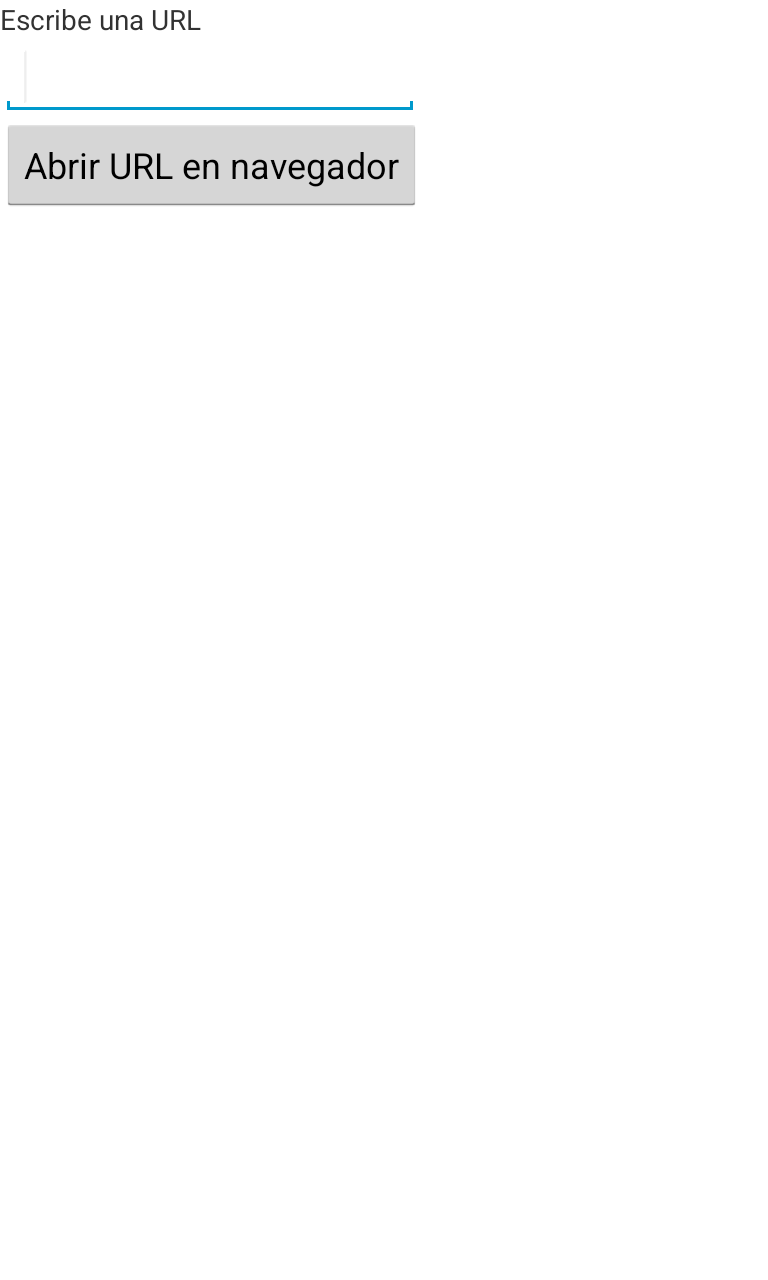
Repository: miguelcamposdev/cursoandroid
Layout: 01 Activities/MyCustomBrowser/res/layout/activity_prueba_url.xml
The author's editor kept a copy of each file at every save. The layout is drawn from the files as they stood at one save, then again after the next save.
It is drawn on a 768 x 1280 px phone screen (xhdpi) without system bars, with theme AppTheme; the app's code is not run.

Above is the layout before, as saved 2014-11-12 15:52:13.

After the next save:
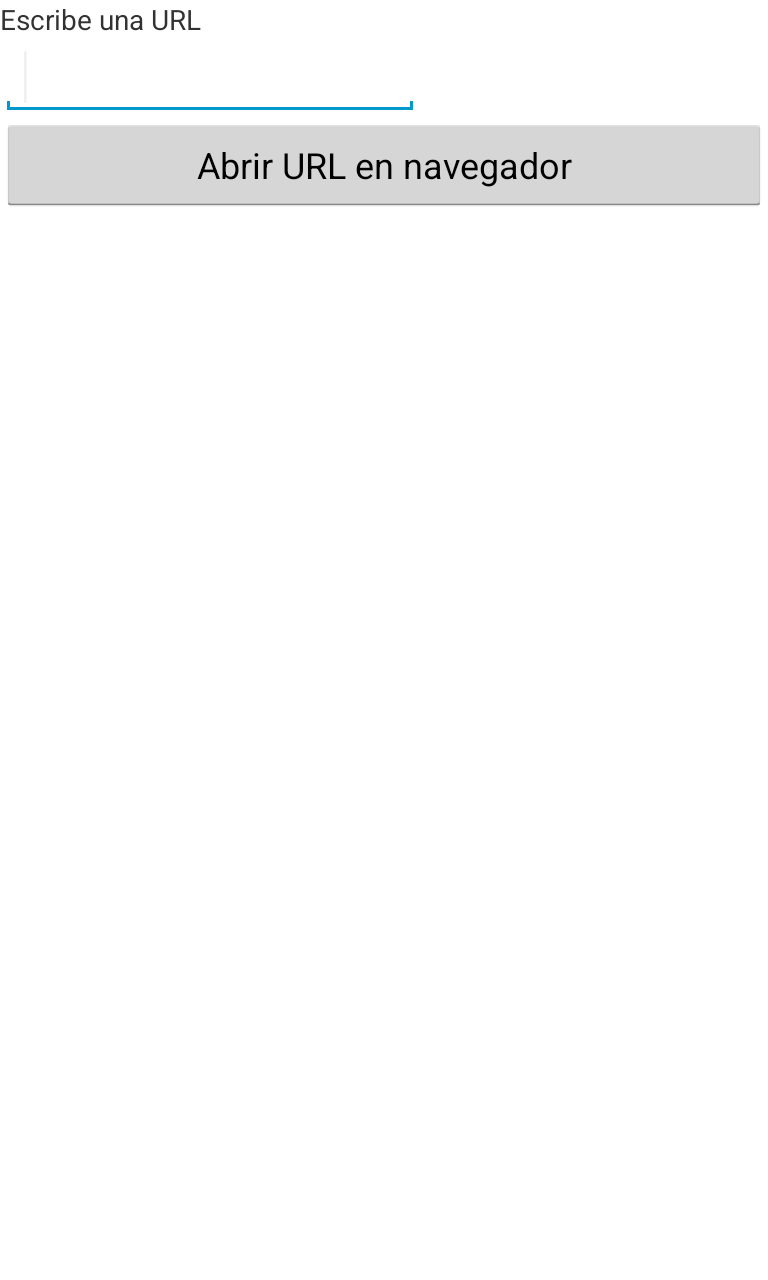
Saved 10 min 56 s later.
--- a/01 Activities/MyCustomBrowser/res/layout/activity_prueba_url.xml
+++ b/01 Activities/MyCustomBrowser/res/layout/activity_prueba_url.xml
@@ -24,7 +24,7 @@
 
     <Button
         android:id="@+id/buttonOpenUrl"
-        android:layout_width="wrap_content"
+        android:layout_width="match_parent"
         android:layout_height="wrap_content"
         android:layout_alignParentLeft="true"
         android:layout_below="@+id/editTextUrl"

After the save that followed:
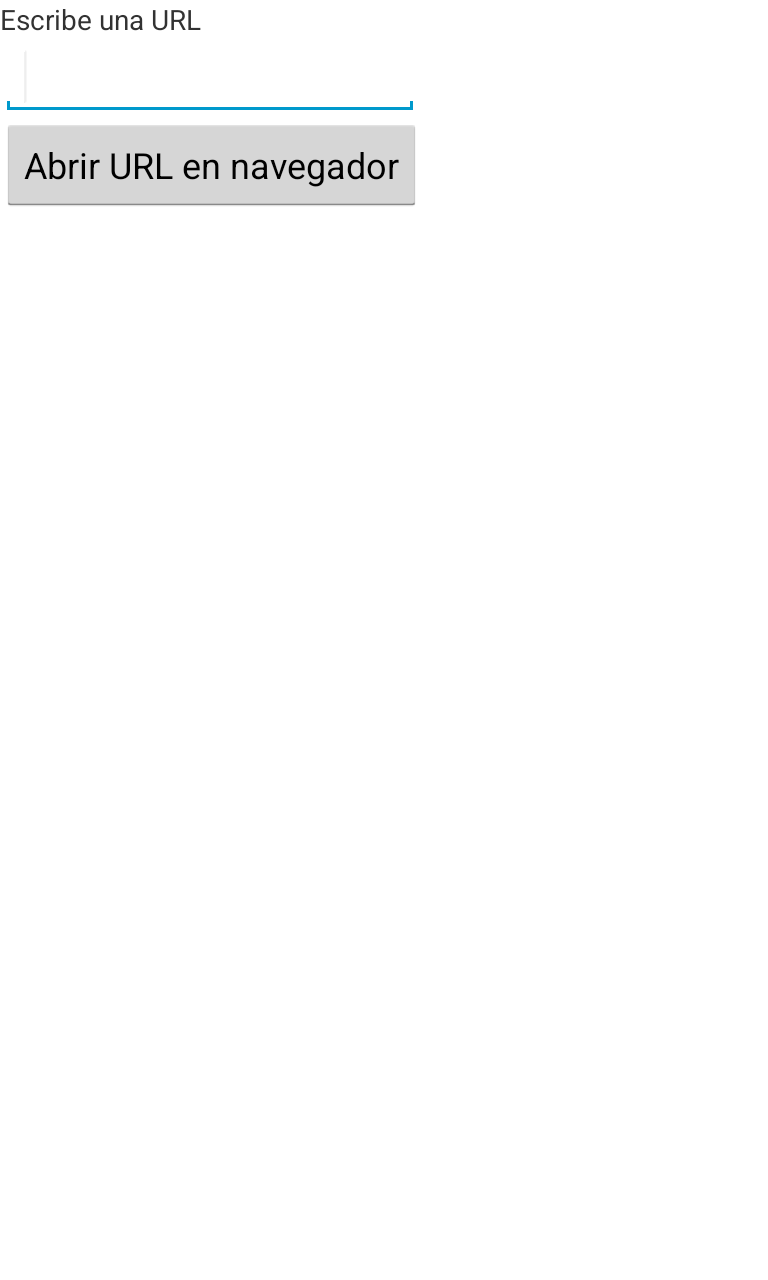
Saved 10 s later.
--- a/01 Activities/MyCustomBrowser/res/layout/activity_prueba_url.xml
+++ b/01 Activities/MyCustomBrowser/res/layout/activity_prueba_url.xml
@@ -24,7 +24,7 @@
 
     <Button
         android:id="@+id/buttonOpenUrl"
-        android:layout_width="match_parent"
+        android:layout_width="wrap_content"
         android:layout_height="wrap_content"
         android:layout_alignParentLeft="true"
         android:layout_below="@+id/editTextUrl"
